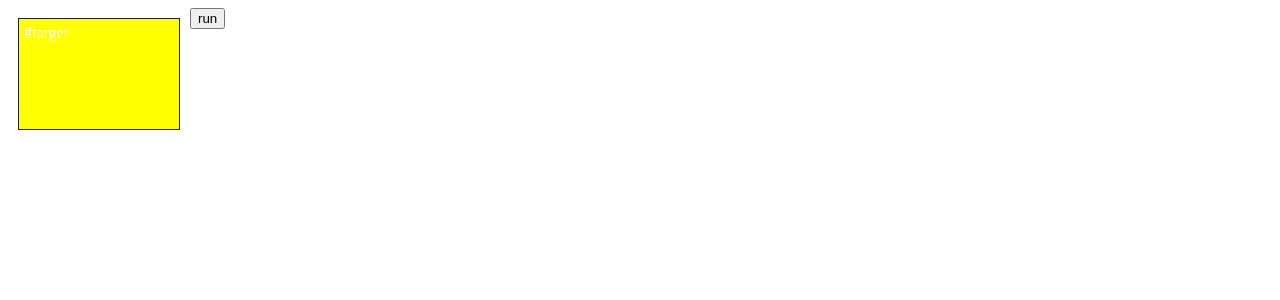
Repository: silenttemplar/java_start_project
Page: hansung_ee_2014/hansung_jquery_exercise/WebContent/1. Change_Background.html
The author's editor kept a copy of each file at every save. The page is drawn from the files as they stood at one save, then again after the next save.
The browser window is 1280 px wide. The pictures show the whole page.
After loading, the first visible `input` was clicked once.

Above is the page before, as saved 2014-08-27 02:19:34.

After the next save:
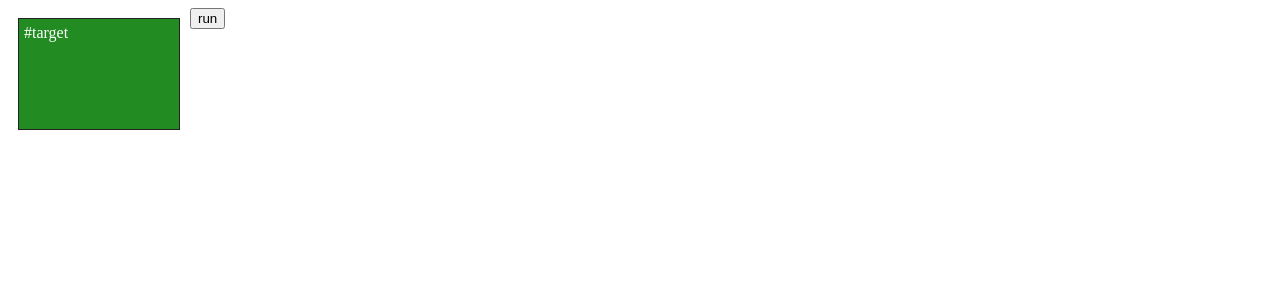
Console error: TypeError: $(...).css(...).not is not a function
Saved 20 s later.
--- a/hansung_ee_2014/hansung_jquery_exercise/WebContent/1. Change_Background.html
+++ b/hansung_ee_2014/hansung_jquery_exercise/WebContent/1. Change_Background.html
@@ -9,7 +9,7 @@
 	 * 함수 : css();
 	 */
 	function run() {
-		$("#target").css("background","yellow");
+		$("#target").css("background").not();
 	}
 </script>
 </head>

After the 2 saves that followed:
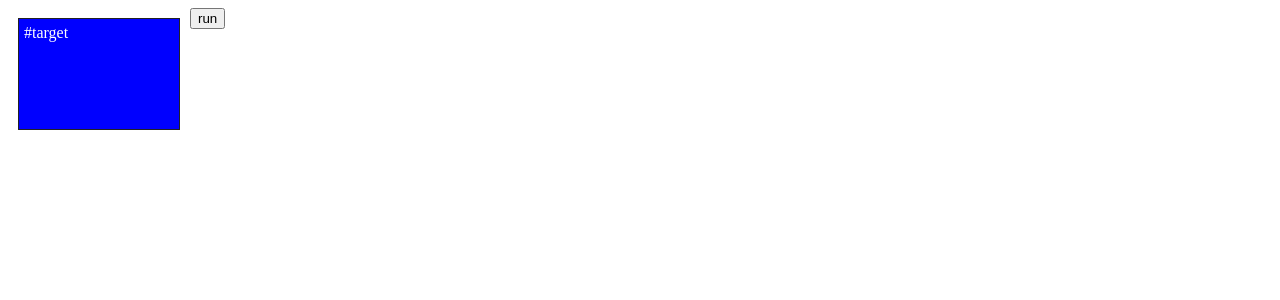
The error is gone.
The 2 saves are shown as one change because 1 left the picture as it was.
The last was saved 26 s later.
--- a/hansung_ee_2014/hansung_jquery_exercise/WebContent/1. Change_Background.html
+++ b/hansung_ee_2014/hansung_jquery_exercise/WebContent/1. Change_Background.html
@@ -9,7 +9,7 @@
 	 * 함수 : css();
 	 */
 	function run() {
-		$("#target").css("background").not();
+		$("#target").css("background","blue");
 	}
 </script>
 </head>
